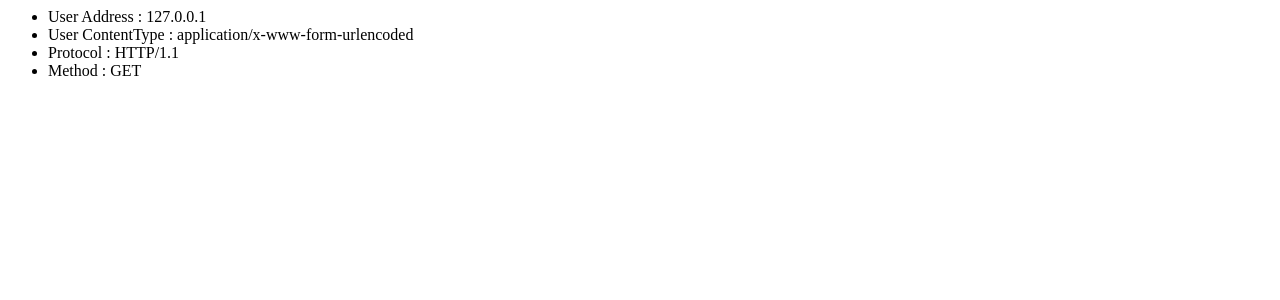
Repository: tmznf963/SIST-E-JSP
Page: http://localhost/1029/requestdemo.jsp
An editor plug-in stored every save of this project. The page is shown before and after the next save, followed by the edit.
The browser window is 1280 px wide. The pictures show the whole page.
The page is served by Tomcat 9. Other server files are loaded and not shown.

Above is the page before, as saved 2018-10-29 07:34:06.

### 1029/WebContent/requestdemo.jsp
<%@ page language="java" contentType="text/html; charset=UTF-8"
    pageEncoding="UTF-8"%>
<ul>
	<li>User Address : <%=request.getRemoteAddr() %></li>
	<li>User ContentType : <%=request.getContentType() %></li>
	<li>Protocol : <%=request.getProtocol() %></li>
	<li>Method : <%=request.getMethod() %></li>
</ul>

After the next save:
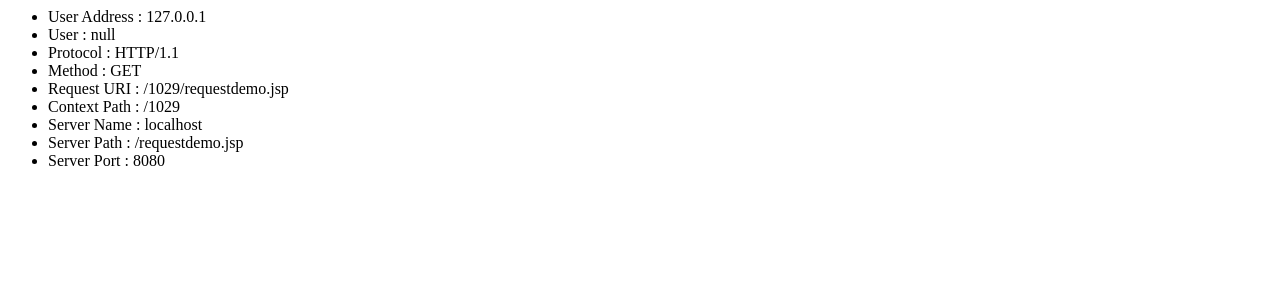
Saved 5 min 51 s later.
--- a/1029/WebContent/requestdemo.jsp
+++ b/1029/WebContent/requestdemo.jsp
@@ -2,7 +2,12 @@
     pageEncoding="UTF-8"%>
 <ul>
 	<li>User Address : <%=request.getRemoteAddr() %></li>
-	<li>User ContentType : <%=request.getContentType() %></li>
+	<li>User : <%=request.getRemoteUser() %></li>
 	<li>Protocol : <%=request.getProtocol() %></li>
 	<li>Method : <%=request.getMethod() %></li>
+	<li>Request URI : <%=request.getRequestURI() %></li>
+	<li>Context Path : <%=request.getContextPath() %></li>
+	<li>Server Name : <%=request.getServerName() %></li>
+	<li>Server Path : <%=request.getServletPath() %></li>
+	<li>Server Port : <%=request.getServerPort() %></li>
 </ul>
